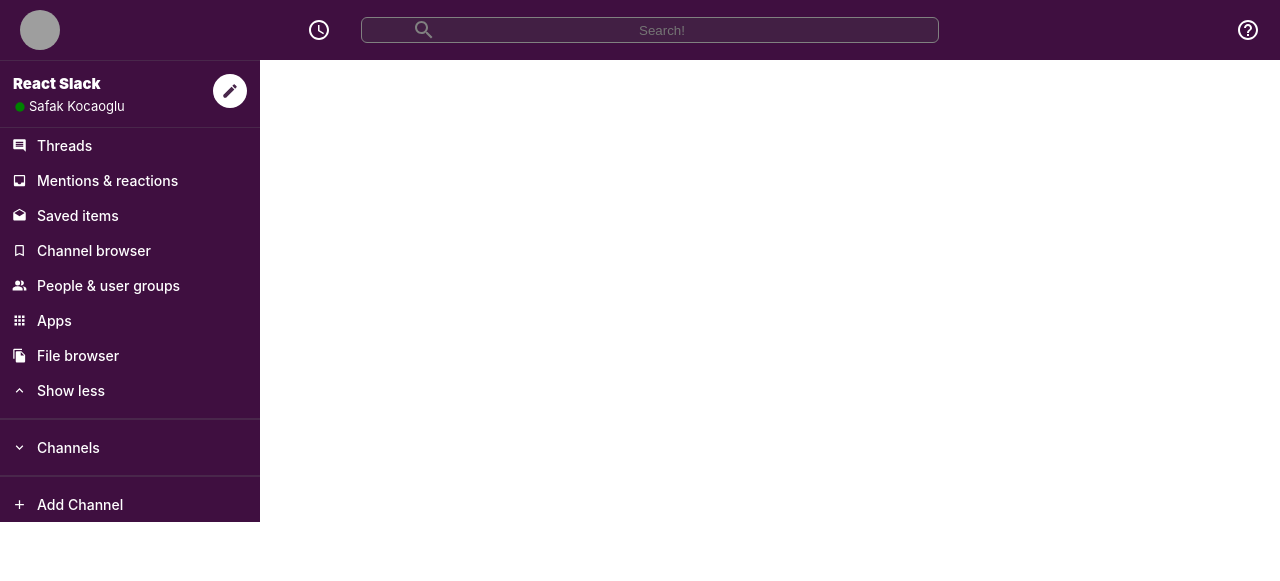
Repository: mminhaz93/React-Slack-Clone
Page: /
These files come from the project's save history. The page is drawn as it stood at one moment and after the next save; the edit follows.
The browser window is 1280 px wide. The pictures show the whole page.
Pictures or frames that could not be fetched are drawn as grey boxes. The page's requests for data from a server got no answer. The project was rebuilt for these pictures with package versions that can differ from the ones it lists, and the page was loaded fresh each time. No one was signed in, and anything a server would have sent is missing.

Above is the page before, as saved 2020-08-13 22:10:18.

After the next save:
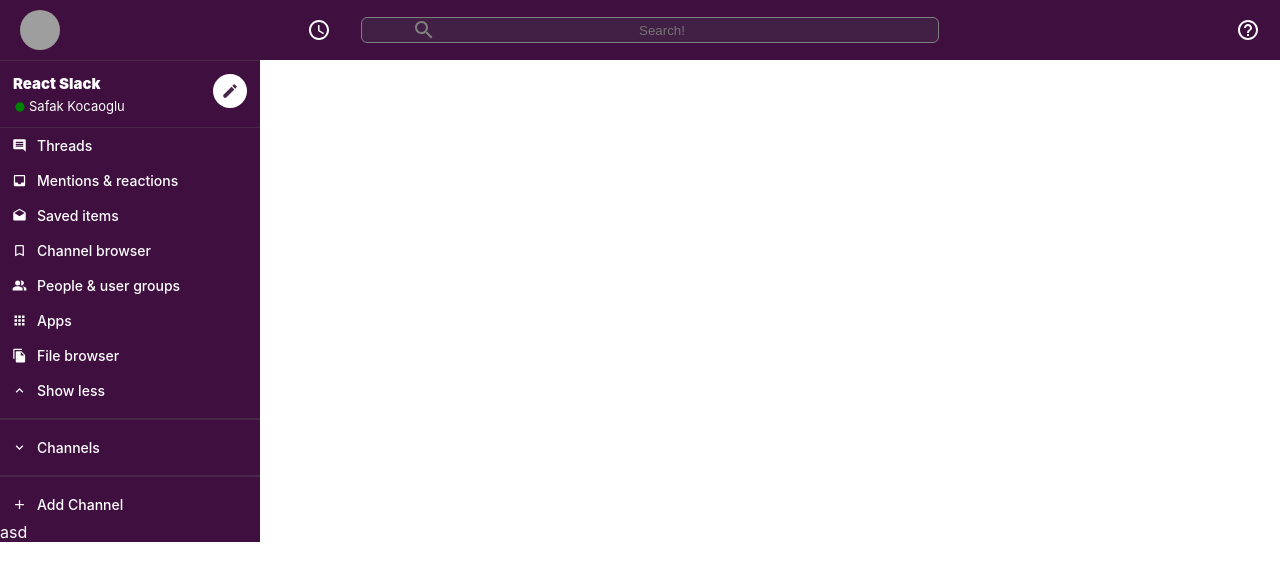
Saved 70 s later.
--- a/src/components/Sidebar.js
+++ b/src/components/Sidebar.js
@@ -55,7 +55,7 @@
       <SidebarOption Icon={ExpandMore} title="Channels" />
       <hr></hr>
       <SidebarOption Icon={Add} title="Add Channel" />
-
+asd
       {channels.map(channel=> (
           <SidebarOption title={channel.name} id={channel.id}/>
       ))}

After the save that followed:
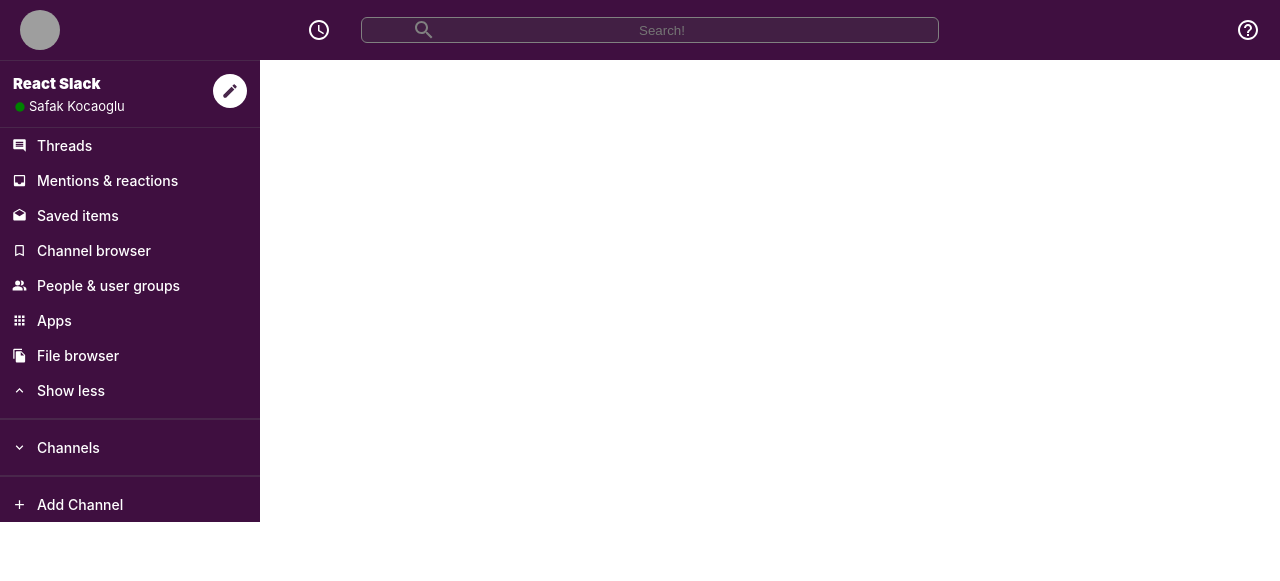
Saved 9 s later.
--- a/src/components/Sidebar.js
+++ b/src/components/Sidebar.js
@@ -55,9 +55,8 @@
       <SidebarOption Icon={ExpandMore} title="Channels" />
       <hr></hr>
       <SidebarOption Icon={Add} title="Add Channel" />
-asd
-      {channels.map(channel=> (
-          <SidebarOption title={channel.name} id={channel.id}/>
+      {channels.map((channel) => (
+        <SidebarOption title={channel.name} id={channel.id} />
       ))}
     </div>
   );
